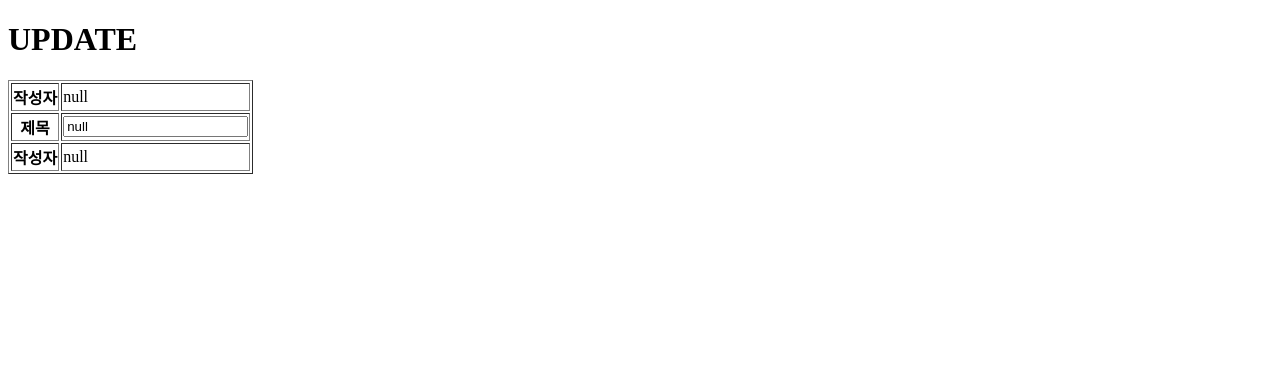
Repository: charamee/Web_kh
Page: http://localhost/Jsp08_MVC/mvcupdate.jsp
The author's editor kept a copy of each file at every save. The page is drawn from the files as they stood at one save, then again after the next save.
The browser window is 1280 px wide. The pictures show the whole page.
The page is served by Tomcat 9. Other server files are loaded and not shown.

Above is the page before, as saved 2021-02-26 04:48:32.

### Workspace_WEB/Jsp08_MVC/WebContent/mvcupdate.jsp
<%@ page language="java" contentType="text/html; charset=UTF-8"
    pageEncoding="UTF-8"%>
<% request.setCharacterEncoding("UTF-8"); %>
<% response.setContentType("text/html; charset=UTF-8"); %>
<!DOCTYPE html>
<html>
<head>
<meta charset="UTF-8">
<title>Insert title here</title>
</head>
<body>


	<jsp:useBean id="dto" class="com.mvc.dto.MVCBoardDto" scope="request"></jsp:useBean>
	<h1>UPDATE</h1>

	<form action="controller.do" method="post">
	<input type="hidden" name="command" value="updateres">
	<input type="hidden" name="seq" value='<jsp:getProperty property="seq" name="dto"/>'>
	<table border="1">
		<tr>
			<th>작성자</th>
			<td><jsp:getProperty property="writer" name="dto"/></td>
		</tr>
		<tr>
			<th>제목</th>
			<td><input type="text" name="title" value='<jsp:getProperty property="writer" name="dto"/>'></td>
		</tr>
		<tr>
			<th>작성자</th>
			<td><jsp:getProperty property="writer" name="dto"/></td>
		</tr>










	</table>

	</form>





</body>
</html>

### Workspace_WEB/Jsp08_MVC/src/com/mvc/dto/MVCBoardDto.java
package com.mvc.dto;

import java.sql.Date;

public class MVCBoardDto {

	int seq;
	String writer;
	String title;
	String content;
	Date regdate;
	public MVCBoardDto() {
		super();
		// TODO Auto-generated constructor stub
	}
	public MVCBoardDto(int seq, String writer, String title, String content, Date regdate) {
		super();
		this.seq = seq;
		this.writer = writer;
		this.title = title;
		this.content = content;
		this.regdate = regdate;
	}
	public int getSeq() {
		return seq;
	}
	public void setSeq(int seq) {
		this.seq = seq;
	}
	public String getWriter() {
		return writer;
	}
	public void setWriter(String writer) {
		this.writer = writer;
	}
	public String getTitle() {
		return title;
	}
	public void setTitle(String title) {
		this.title = title;
	}
	public String getContent() {
		return content;
	}
	public void setContent(String content) {
		this.content = content;
	}
	public Date getRegdate() {
		return regdate;
	}
	public void setRegdate(Date regdate) {
		this.regdate = regdate;
	}
}

After the next save:
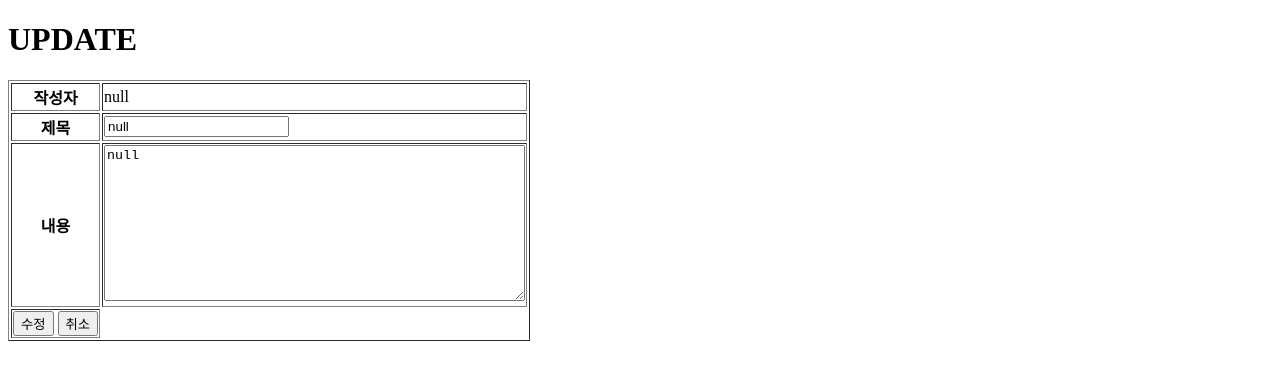
Console error (its wording comes from the project's code and is left out).
Saved 88 s later.
--- a/Workspace_WEB/Jsp08_MVC/WebContent/mvcupdate.jsp
+++ b/Workspace_WEB/Jsp08_MVC/WebContent/mvcupdate.jsp
@@ -27,10 +27,16 @@
 			<td><input type="text" name="title" value='<jsp:getProperty property="writer" name="dto"/>'></td>
 		</tr>
 		<tr>
-			<th>작성자</th>
-			<td><jsp:getProperty property="writer" name="dto"/></td>
+			<th>내용</th>
+			<td><textarea rows="10" cols="50" name="content"><jsp:getProperty property="content" name="dto"/></textarea></td>
 		</tr>
 
+		<tr>
+			<td>
+				<input type="submit" value="수정">
+				<input type="button" value="취소" onclick="controller.do?command=list">
+			</td>
+		</tr>
 
 
 
